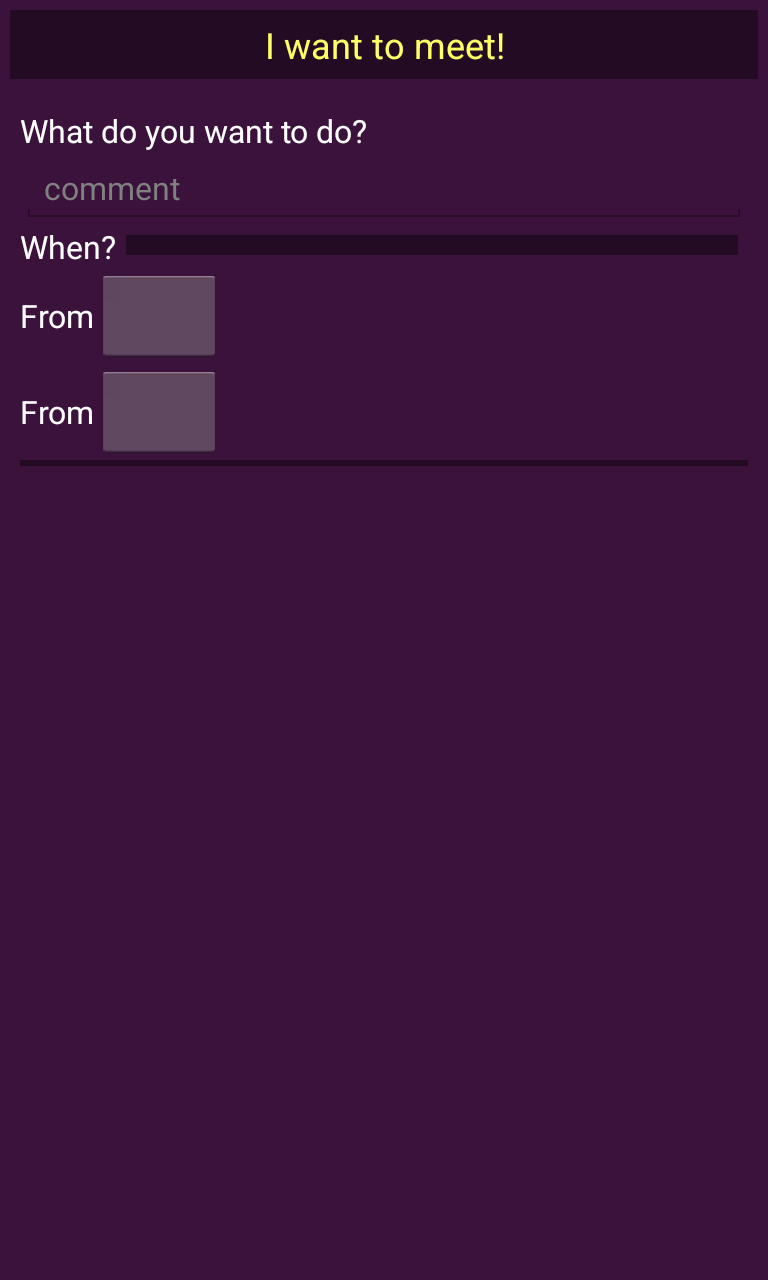
Repository: Valian/MeetMe
Layout: MeetMe/res/layout/activity_status_change.xml
An editor plug-in stored every save of this project. The layout is shown before and after the next save, followed by the edit.
It is drawn on a 768 x 1280 px phone screen (xhdpi) without system bars, with theme AppTheme; the app's code is not run.

Above is the layout before, as saved 2014-01-10 00:54:05.

### MeetMe/res/layout/activity_status_change.xml
<LinearLayout
    xmlns:android="http://schemas.android.com/apk/res/android"
    xmlns:tools="http://schemas.android.com/tools"
    style="@style/BodyLinearLayout"
    tools:context=".StatusChangeActivity" >

    <TextView
        style="@style/HeaderStrip"
        android:layout_width="match_parent"
        android:layout_marginBottom="@dimen/activity_vertical_margin"
        android:text="@string/want_to_meet" />

    <LinearLayout style="@style/VerticalLayout">

	    <TextView
	    android:text="@string/want_to_meet_comment"
		android:layout_width="match_parent"
	    android:layout_height="wrap_content"
	    />

	    <EditText
	    android:id="@+id/meeting_reason"
	    android:layout_width="fill_parent"
	    android:layout_height="wrap_content"
	    android:textSize="@dimen/main_menu_text"
	    android:inputType="text"
	    android:hint="@string/comment"
		android:textColor="@color/white"
        />

	    <LinearLayout android:orientation="horizontal"
	    android:layout_width="match_parent"
	    android:layout_height="wrap_content">
	        <TextView
		    android:text="@string/when"
			style="@style/InlineFormTextView"  />

	        <Spinner
	        android:id="@+id/dateSpinner"
	        style="@style/DefaultSpinnerStyle" />

	  	</LinearLayout>


	    <LinearLayout android:orientation="horizontal"
	    android:layout_width="match_parent"
	    android:layout_height="wrap_content">
	        <TextView
		    android:text="@string/from"
			style="@style/InlineFormTextView" />

	        <Button
		    android:id="@+id/timeButton"
		    android:layout_width="wrap_content"
		    android:layout_height="wrap_content"  />

	  	</LinearLayout>

	    <LinearLayout android:orientation="horizontal"
	    android:layout_width="match_parent"
	    android:layout_height="wrap_content">
	        <TextView
		    android:text="@string/from"
			style="@style/InlineFormTextView" />

	        <Button
		    android:id="@+id/timeButton"
		    android:layout_width="wrap_content"
		    android:layout_height="wrap_content"  />

	  	</LinearLayout>


	   <!--  android:onClick="timeButtonClicked"  -->

	    <View style="@style/Divider"/>

    </LinearLayout>



</LinearLayout>

### MeetMe/res/values/styles.xml
<resources xmlns:android="http://schemas.android.com/apk/res/android">

    <!--
        Base application theme, dependent on API level. This theme is replaced
        by AppBaseTheme from res/values-vXX/styles.xml on newer devices.
    -->
    <style name="AppBaseTheme" parent="android:Theme.Light">
        <!--
            Theme customizations available in newer API levels can go in
            res/values-vXX/styles.xml, while customizations related to
            backward-compatibility can go here.
        -->
    </style>


   <style name="AppTheme" parent="AppBaseTheme">
		 <item name="android:textColor">@color/white</item>
		 <item name="android:textSize">@dimen/main_menu_text</item>

   </style>


   <style name="BodyContainer">
        <item name="android:layout_width">match_parent</item>
	    <item name="android:layout_height">match_parent</item>
	    <item name="android:background">@color/purple</item>
   </style>

   <style name="BodyLinearLayout" parent="BodyContainer">
	    <item name="android:paddingBottom">@dimen/activity_vertical_margin</item>
	    <item name="android:orientation">vertical</item>
   </style>

   <style name="BasicViewStyle">
       <item name="android:layout_margin">@dimen/default_view_margin</item>
       <item name="android:padding">@dimen/default_view_padding</item>
   </style>

   <style name="HeaderStrip" parent="@style/BasicViewStyle">
       <item name="android:layout_width">match_parent</item>
	    <item name="android:layout_height">wrap_content</item>
	    <item name="android:textColor">@color/lightYellow</item>
	    <item name="android:textSize">18sp</item>
	    <item name="android:gravity">center</item>
	    <item name="android:background">@color/darkPurple</item>
	    <item name="android:layout_marginLeft">0dp</item>
       <item name="android:layout_marginRight">0dp</item>
   </style>

   <style name="VerticalLayout" parent="@style/BasicViewStyle">
       <item name="android:orientation">vertical</item>
       <item name="android:layout_width">match_parent</item>
	   <item name="android:layout_height">wrap_content</item>
	   <item name="android:layout_marginBottom">@dimen/linear_layout_margin</item>
       <item name="android:layout_marginTop">@dimen/linear_layout_margin</item>
       <item name="android:layout_marginLeft">@dimen/linear_layout_margin</item>
       <item name="android:layout_marginRight">@dimen/linear_layout_margin</item>
   </style>

   <style name="InlineFormTextView">
       	<item name="android:layout_width">wrap_content</item>
		<item name="android:layout_height">wrap_content</item>
		<item name="android:textSize">@dimen/main_menu_text</item>
		<item name="android:layout_gravity">center</item>
   </style>

   <style name="DefaultSpinnerStyle" parent="@style/BasicViewStyle">
       <item name="android:background">@color/darkPurple</item>
       <item name="android:popupBackground">@color/darkPurple</item>
       <item name="android:layout_width">match_parent</item>
	   <item name="android:layout_height">wrap_content</item>
   </style>

   <style name="Divider">
       <item name="android:background">@color/darkPurple</item>
       <item name="android:layout_width">match_parent</item>
	   <item name="android:layout_height">3dp</item>

   </style>

   <style name="BigButton">
       <item name="android:background">@color/darkPurple</item>
       <item name="android:layout_width">wrap_content</item>
       <item name="android:layout_height">wrap_content</item>
	    <item name="android:textColor">@color/gold</item>
	    <item name="android:paddingLeft">50dp</item>
       <item name="android:paddingRight">50dp</item>
   </style>

</resources>

### MeetMe/res/values-v14/styles.xml
<resources>

    <!--
        Base application theme for API 14+. This theme completely replaces
        AppBaseTheme from BOTH res/values/styles.xml and
        res/values-v11/styles.xml on API 14+ devices.
    -->
    <style name="AppBaseTheme" parent="android:Theme.Holo.Light.DarkActionBar">
        <!-- API 14 theme customizations can go here. -->

    </style>


</resources>

### MeetMe/res/values/colors.xml
<?xml version="1.0" encoding="utf-8"?>
<resources>
    <color name="white">#FFFFFF</color>

    <color name="purple">#3B123B</color>
    <color name="darkPurple">#240B24</color>

    <color name="gold">#EBEB17</color>
    <color name="lightYellow">#FFFF66</color>

    <color name="red">#D43F3F</color>
    <color name="lightRed">#FF6666</color>

</resources>

### MeetMe/res/values/dimens.xml
<resources>

    <!-- Default screen margins, per the Android Design guidelines. -->
    <dimen name="activity_horizontal_margin">16dp</dimen>
    <dimen name="activity_vertical_margin">16dp</dimen>

    <dimen name="main_menu_text">16sp</dimen>
    <dimen name="linear_layout_margin">10dp</dimen>
    <dimen name="default_edit_text_height">20dp</dimen>
    <dimen name="datepicker_width">180dp</dimen>
    <dimen name="datepicker_height">80dp</dimen>

    <dimen name="default_view_padding">5dp</dimen>
    <dimen name="default_view_margin">5dp</dimen>
</resources>

### MeetMe/res/values/strings.xml
<?xml version="1.0" encoding="utf-8"?>
<resources>

    <!-- application -->
    <string name="app_name">MeetMe</string>
    <string name="action_settings">Settings</string>

    <!-- main menu -->
    <string name="title_activity_main_menu">Main Menu</string>
    <string name="want_to_meet">I want to meet!</string>

    <!-- status change -->

    <string name="want_to_meet_comment">What do you want to do?</string>
    <string name="comment">comment</string>
    <string name="when">When?</string>
    <string name="from">From</string>
    <string name="how_long">For</string>
    <string name="today">Today</string>
    <string name="tomorrow">Tomorrow</string>
    <string name="who_wants_to_meet">Who wants to meet?</string>
    <string name="hello_world">Hello world!</string>
    <string name="title_activity_friend_list">FriendListActivity</string>

</resources>

Loaded but not shown: MeetMe/res/values-v11/styles.xml (common file)

After the next save:
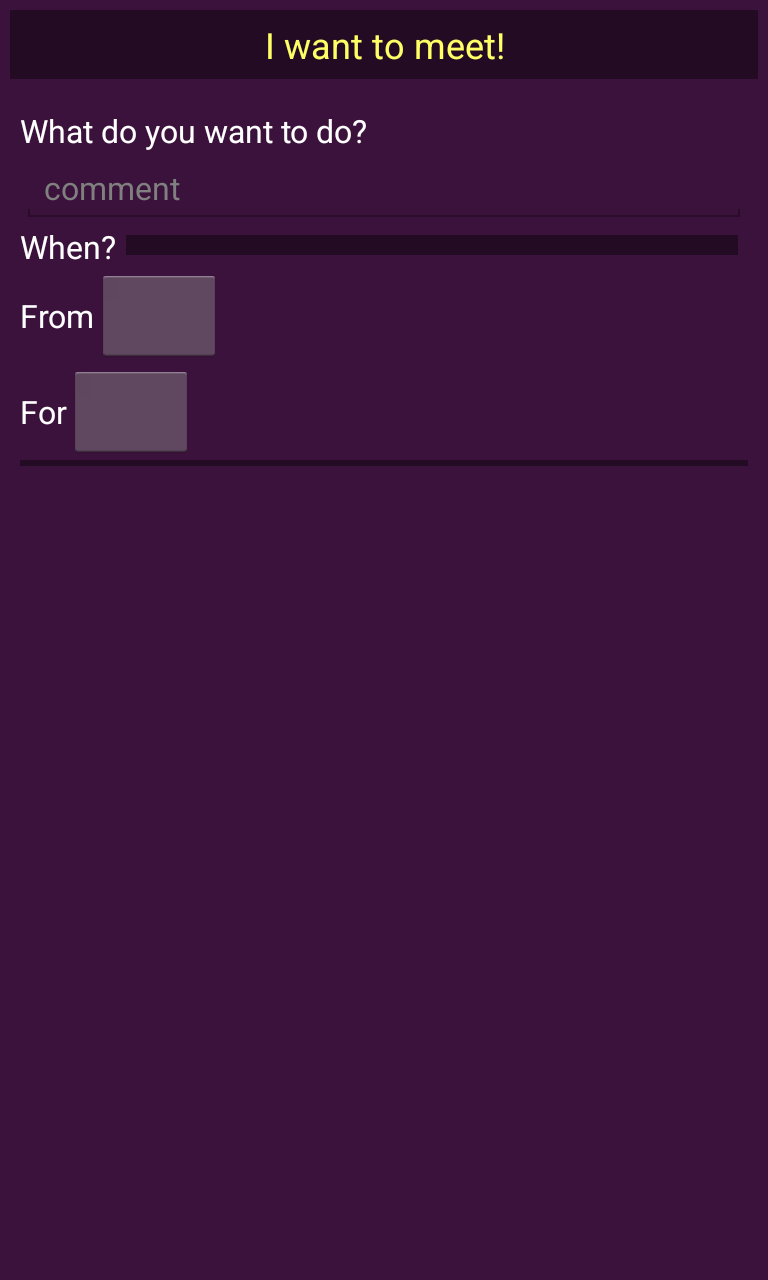
Saved 5 s later.
--- a/MeetMe/res/layout/activity_status_change.xml
+++ b/MeetMe/res/layout/activity_status_change.xml
@@ -60,7 +60,7 @@
 	    android:layout_width="match_parent"
 	    android:layout_height="wrap_content">
 	        <TextView
-		    android:text="@string/from"
+		    android:text="@string/how_long"
 			style="@style/InlineFormTextView" />
 
 	        <Button
